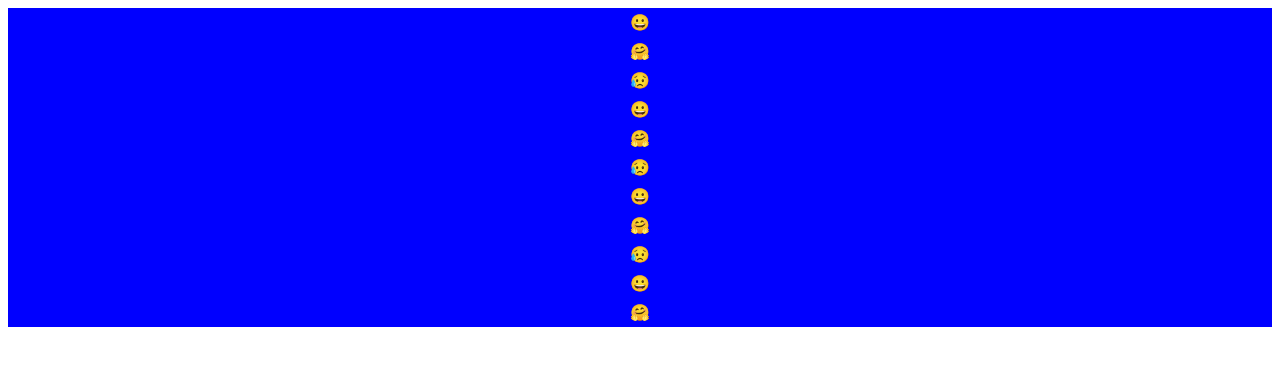
Repository: Sarah7223/internet-programming-tp
Page: TP1/ex4.html
An editor plug-in stored every save of this project. The page is shown before and after the next save, followed by the edit.
The browser window is 1280 px wide. The pictures show the whole page.

Above is the page before, as saved 2022-12-23 15:05:21.

### TP1/ex4.html
<html>
    <head>
        <style>
            .row-wrapper{
                width: 100%;
                background-color: grey;
                display: flex;
                flex-direction: column;

                background-color: grey;
            }
            .column-wrapper{

                align-content:space-between ;
            }
            .box{
                background-color: blue;
                padding: 5px;

                text-align: center;
            }
        </style>
    </head>
    <body>
        <div class="row-wrapper">
            <div class="column-wrapper">
                <div class="box">&#x1F600;</div>
                <div class="box">&#x1F917;</div>
                <div class="box">&#x1F625;</div>
            </div>

            <div class="column-wrapper">
                <div class="box">&#x1F600;</div>
                <div class="box">&#x1F917;</div>
                <div class="box">&#x1F625;</div>
            </div>
            <div class="column-wrapper">
                <div class="box">&#x1F600;</div>
                <div class="box">&#x1F917;</div>
                <div class="box">&#x1F625;</div>
            </div>
            <div class="column-wrapper">
                <div class="box">&#x1F600;</div>
                <div class="box">&#x1F917;</div>
            </div>
        </div>
    </body>
</html>

After the next save:
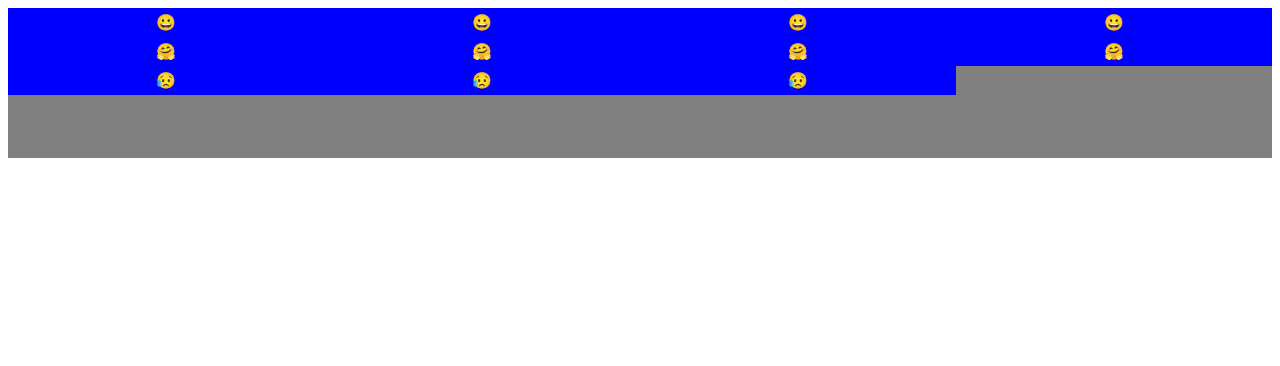
Saved 19 s later.
--- a/TP1/ex4.html
+++ b/TP1/ex4.html
@@ -2,15 +2,19 @@
     <head>
         <style>
             .row-wrapper{
+                height :150px;
                 width: 100%;
                 background-color: grey;
                 display: flex;
-                flex-direction: column;
-
+                align-content:space-between ;
+                align-items: stretch;
+                flex-wrap: wrap;
                 background-color: grey;
             }
             .column-wrapper{
-
+                flex-direction: column;
+                width: 25%;
+                height: 100%;
                 align-content:space-between ;
             }
             .box{
